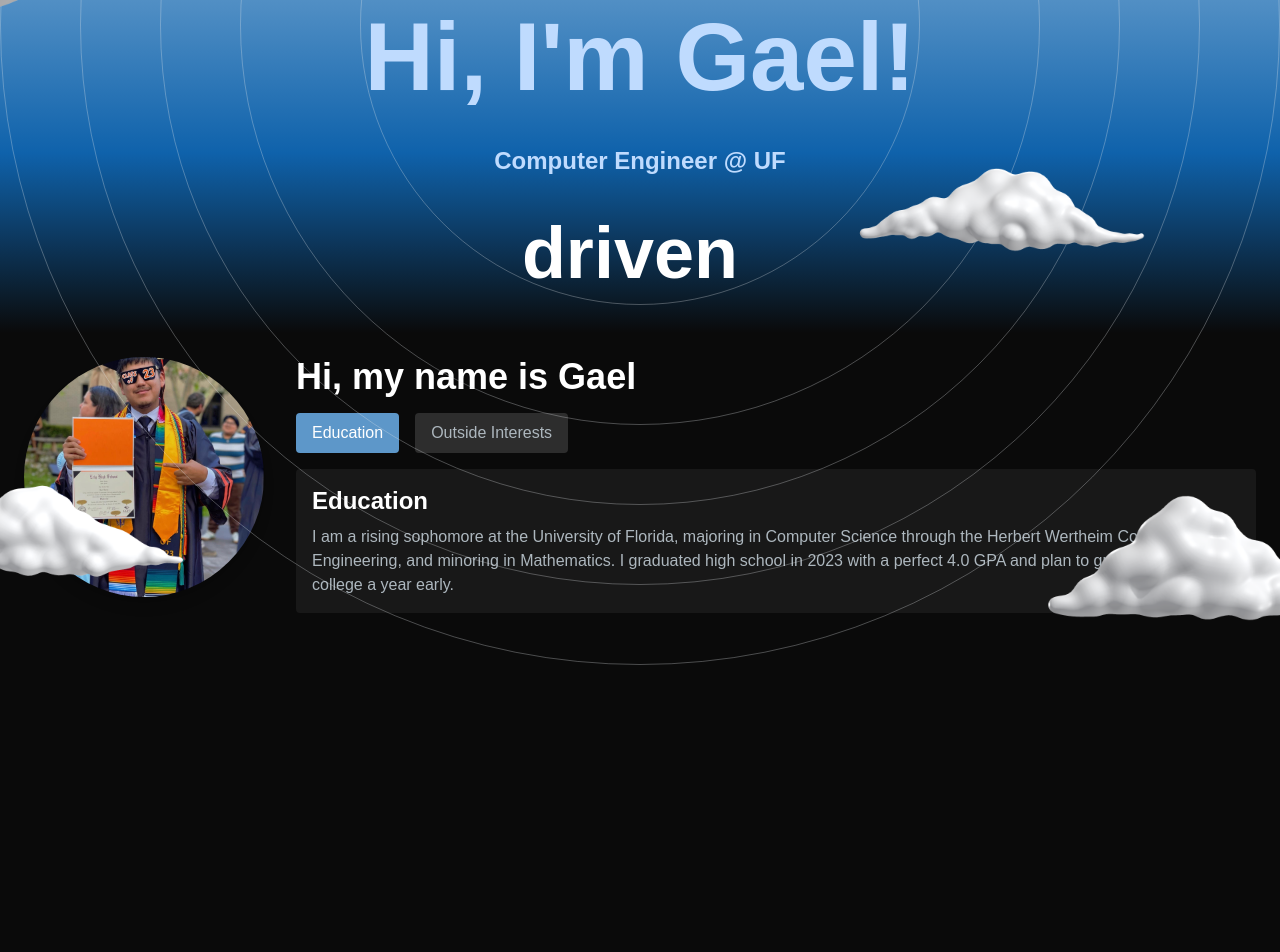
Repository: GG1627/2d-portfolio
Page: /
These files come from the project's save history. The page is drawn as it stood at one moment and after the next save; the edit follows.
The browser window is 1280 px wide. The pictures show the part of the page from y = 387 to 1339 px (the page is 5560 px tall).
The project was rebuilt for these pictures with package versions that can differ from the ones it lists, and the page was loaded fresh each time. The framework's server and built-in components were replaced by stand-ins that run in the browser. Also part of the build but not shown: next.config.ts.

Above is the page before, as saved 2025-01-08 11:07:49.

After the next save:
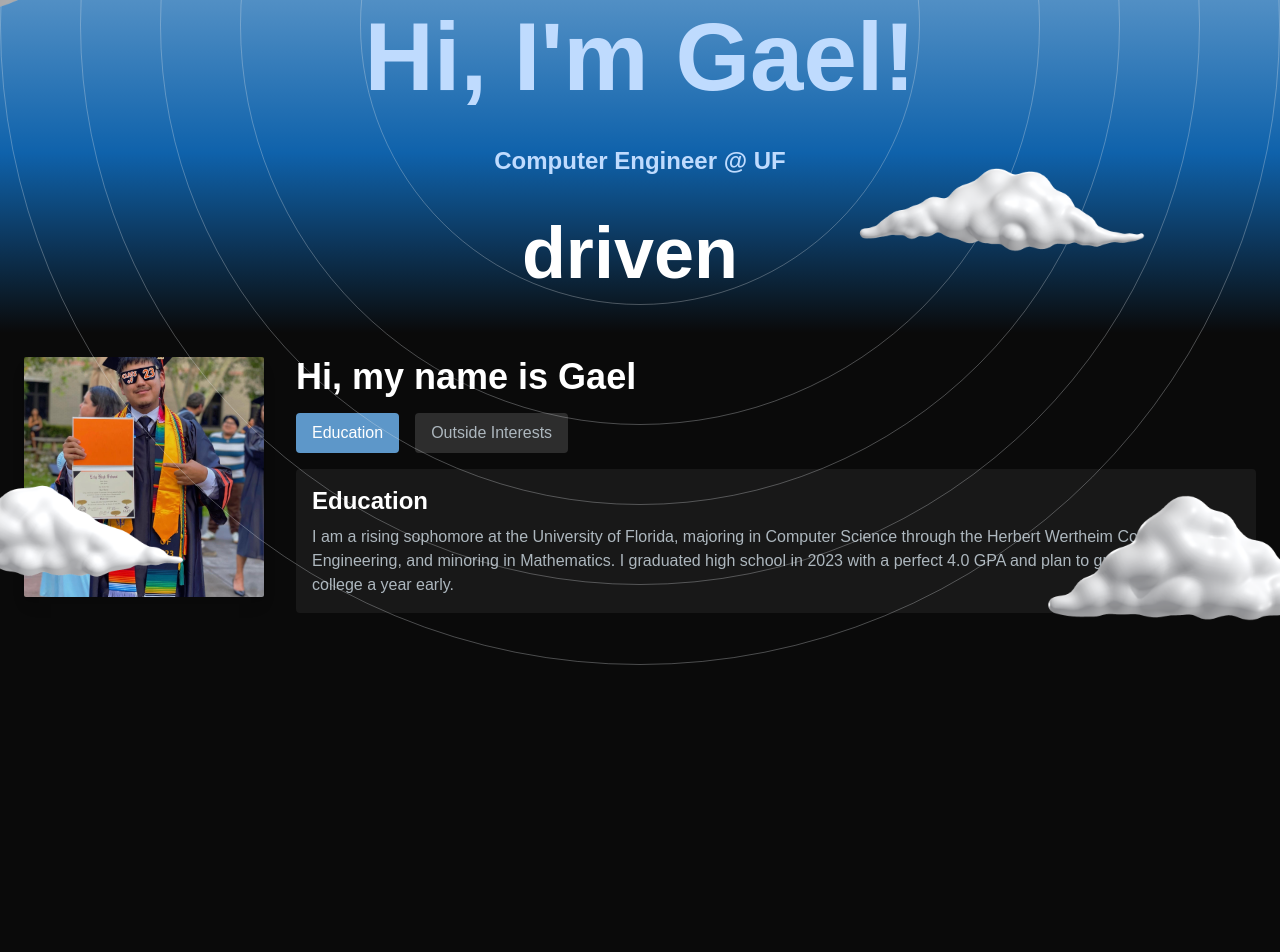
Saved 83 s later.
--- a/app/sections/About.tsx
+++ b/app/sections/About.tsx
@@ -17,7 +17,7 @@
         <img
           src="/images/pic.jpg"
           alt="Gael's Picture"
-          className="w-40 h-40 md:w-60 md:h-60 rounded-full object-cover shadow-lg"
+          className="w-40 h-40 md:w-60 md:h-60 rounded-sm object-cover shadow-lg"
         />
       </div>
 
